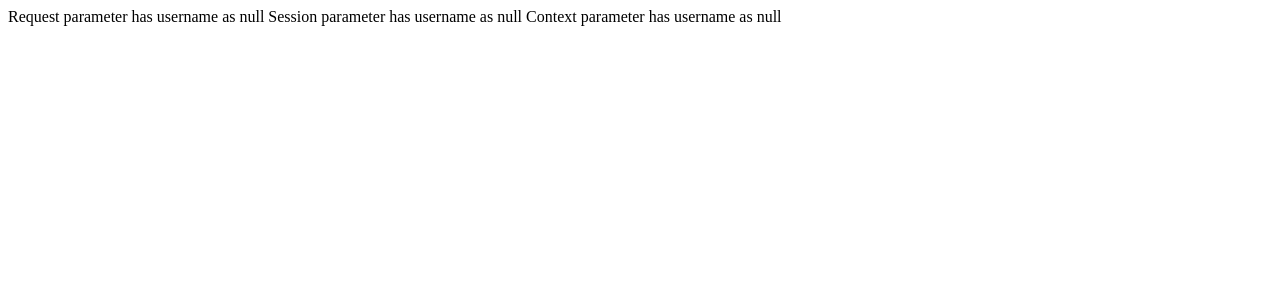
Repository: edwinisnow/jsp-servlets-demo
Page: http://localhost/SimpleServletProject/SimpleServletPath
These files come from the project's save history. The page is drawn as it stood at one moment and after the next save; the edit follows.
The browser window is 1280 px wide. The pictures show the whole page.
The page is served by Tomcat 9.

Above is the page before, as saved 2024-05-06 11:36:46.

### SimpleServletProject/src/main/java/org/koushik/javabrains/SimpleServlet.java
package org.koushik.javabrains;

import java.io.IOException;
import java.io.PrintWriter;

import javax.servlet.ServletContext;
import javax.servlet.ServletException;
import javax.servlet.annotation.WebServlet;
import javax.servlet.http.HttpServlet;
import javax.servlet.http.HttpServletRequest;
import javax.servlet.http.HttpServletResponse;
import javax.servlet.http.HttpSession;

//	http://localhost:8080/SimpleServletProject/SimpleServletPath
/**
 * Servlet implementation class SimpleServlet
 */
@WebServlet(description = "A simple servlet", urlPatterns = { "/SimpleServletPath" })
public class SimpleServlet extends HttpServlet {
	private static final long serialVersionUID = 1L;

	/**
	 * @see HttpServlet#doGet(HttpServletRequest request, HttpServletResponse response)
	 */
	protected void doGet(HttpServletRequest request, HttpServletResponse response) throws ServletException, IOException {
		System.out.println("Hello from GET method");
		response.setContentType("text/html");
		PrintWriter writer = response.getWriter();
		HttpSession session = request.getSession();

		ServletContext context = request.getServletContext();
		String userName = request.getParameter("name");

		if(userName != "" & userName != null) {
			session.setAttribute("savedUserName",userName);
			context.setAttribute("savedUserName", userName);
		}

		writer.println("Request parameter has username as " + userName);
		writer.println("Session parameter has username as " + (String) session.getAttribute("savedUserName"));
		writer.println("Context parameter has username as " + (String) context.getAttribute("savedUserName"));

	}

}

After the next save:
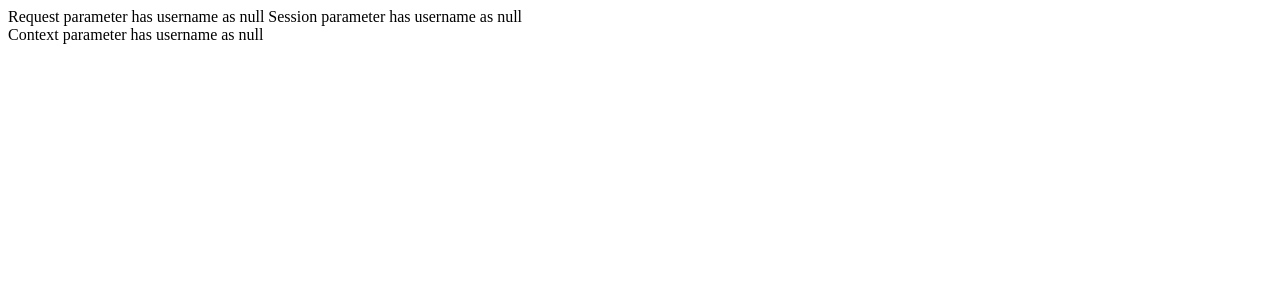
Saved 53 s later.
--- a/SimpleServletProject/src/main/java/org/koushik/javabrains/SimpleServlet.java
+++ b/SimpleServletProject/src/main/java/org/koushik/javabrains/SimpleServlet.java
@@ -38,6 +38,7 @@ public class SimpleServlet extends HttpServlet {
 
 		writer.println("Request parameter has username as " + userName);
 		writer.println("Session parameter has username as " + (String) session.getAttribute("savedUserName"));
+		writer.println("<br/>");
 		writer.println("Context parameter has username as " + (String) context.getAttribute("savedUserName"));
 
 	}
